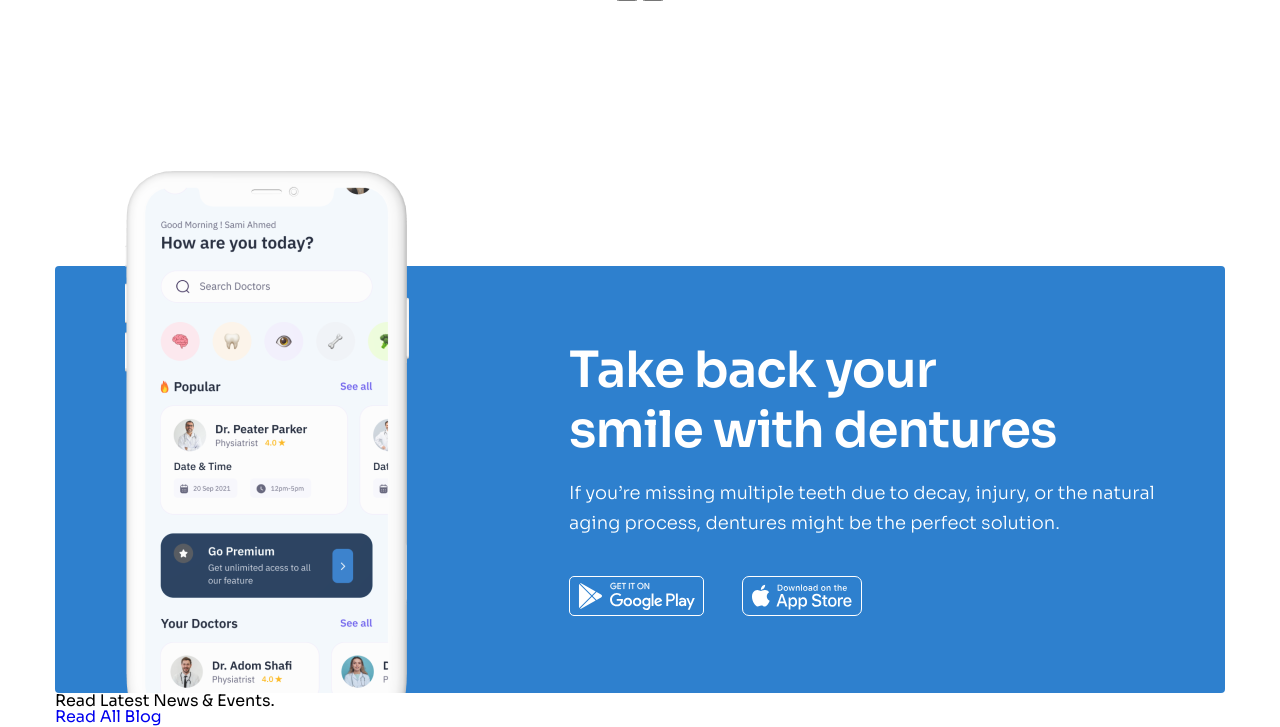
Repository: anhtien111198/f8-htmlcss-03
Page: index.html
An editor plug-in stored every save of this project. The page is shown before and after the next save, followed by the edit.
The browser window is 1280 px wide. The pictures show the part of the page from y = 4112 to 4883 px (the page is 4839 px tall before and 4883 px after).
A picture or video elsewhere on the page could not be fetched, so the positions and the page height are approximate.

Above is the page before, as saved 2023-05-13 23:20:02.

After the next save:
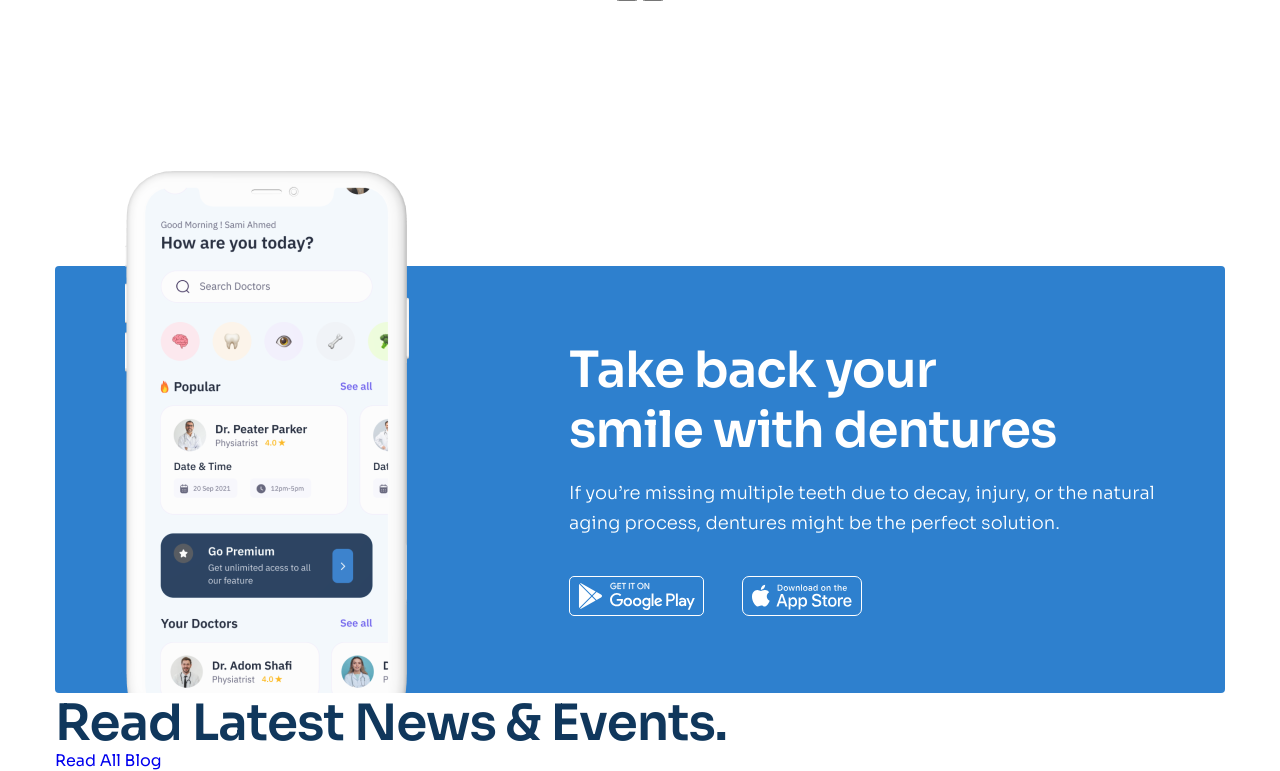
Saved 83 s later.
--- a/index.html
+++ b/index.html
@@ -520,7 +520,7 @@
             <section class="news">
                 <div class="container">
                     <section class="news__content">
-                        <h2 class="section__heading">
+                        <h2 class="section-heading">
                             Read Latest News & Events.
                         </h2>
                         <a href="#!" class="news__more">Read All Blog</a>
